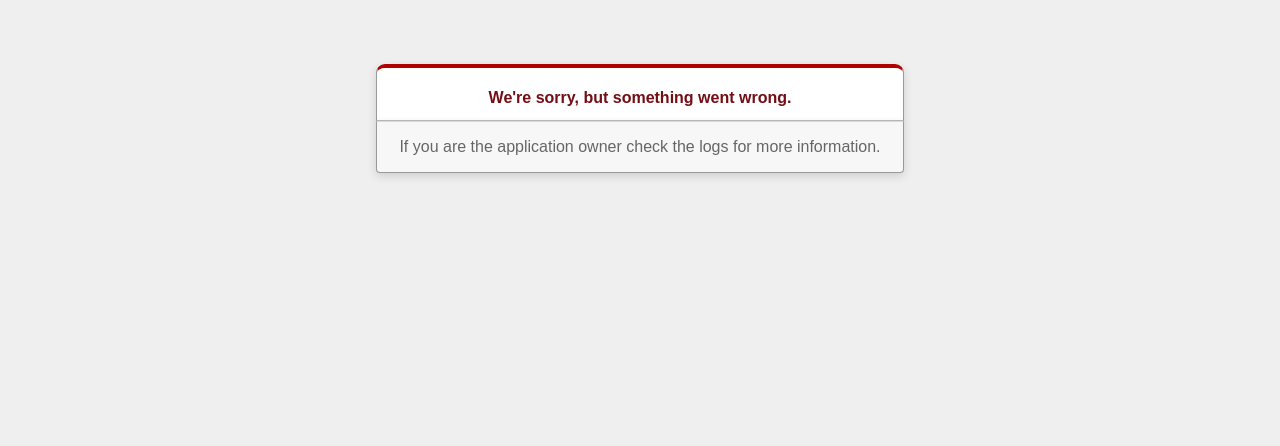
Repository: aokazu55/win-win
Page: public/500.html
The author's editor kept a copy of each file at every save. The page is drawn from the files as they stood at one save, then again after the next save.
The browser window is 1280 px wide. The pictures show the whole page.

Above is the page before, as saved 2020-06-27 15:53:57.

After the next save:
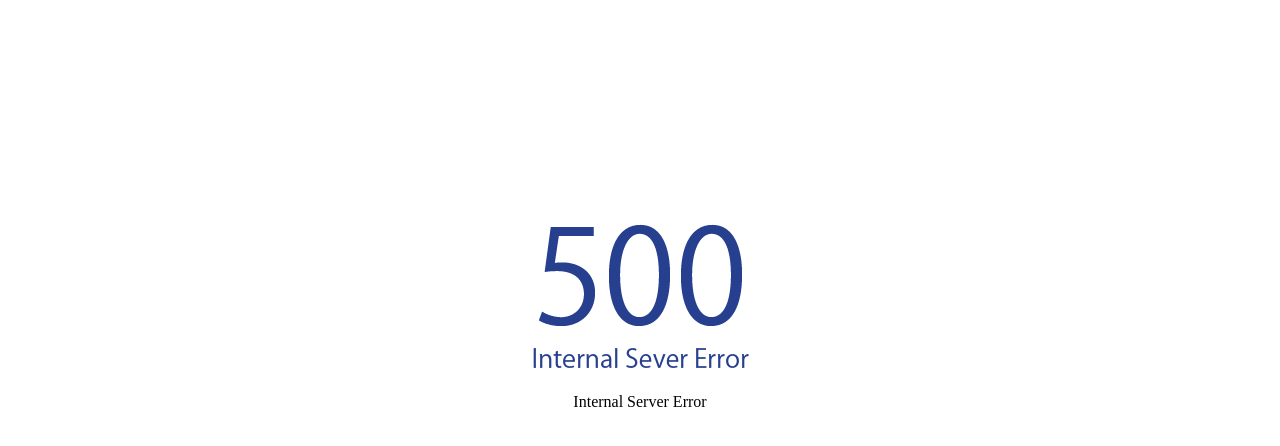
Saved 53 s later.
--- a/public/500.html
+++ b/public/500.html
@@ -1,66 +1,31 @@
 <!DOCTYPE html>
 <html>
+
 <head>
-  <title>We're sorry, but something went wrong (500)</title>
+  <title>Internal Server Error (500)</title>
   <meta name="viewport" content="width=device-width,initial-scale=1">
   <style>
-  .rails-default-error-page {
-    background-color: #EFEFEF;
-    color: #2E2F30;
-    text-align: center;
-    font-family: arial, sans-serif;
-    margin: 0;
-  }
+    .error {
+      padding-top: 16%
+    }
 
-  .rails-default-error-page div.dialog {
-    width: 95%;
-    max-width: 33em;
-    margin: 4em auto 0;
-  }
+    p {
+      text-align: center;
+    }
 
-  .rails-default-error-page div.dialog > div {
-    border: 1px solid #CCC;
-    border-right-color: #999;
-    border-left-color: #999;
-    border-bottom-color: #BBB;
-    border-top: #B00100 solid 4px;
-    border-top-left-radius: 9px;
-    border-top-right-radius: 9px;
-    background-color: white;
-    padding: 7px 12% 0;
-    box-shadow: 0 3px 8px rgba(50, 50, 50, 0.17);
-  }
-
-  .rails-default-error-page h1 {
-    font-size: 100%;
-    color: #730E15;
-    line-height: 1.5em;
-  }
-
-  .rails-default-error-page div.dialog > p {
-    margin: 0 0 1em;
-    padding: 1em;
-    background-color: #F7F7F7;
-    border: 1px solid #CCC;
-    border-right-color: #999;
-    border-left-color: #999;
-    border-bottom-color: #999;
-    border-bottom-left-radius: 4px;
-    border-bottom-right-radius: 4px;
-    border-top-color: #DADADA;
-    color: #666;
-    box-shadow: 0 3px 8px rgba(50, 50, 50, 0.17);
-  }
+    img {
+      display: block;
+      margin: 0 auto;
+    }
   </style>
 </head>
 
-<body class="rails-default-error-page">
+<body>
   <!-- This file lives in public/500.html -->
-  <div class="dialog">
-    <div>
-      <h1>We're sorry, but something went wrong.</h1>
-    </div>
-    <p>If you are the application owner check the logs for more information.</p>
+  <div class="error">
+    <img src="/500.png">
+    <p>Internal Server Error</p>
   </div>
 </body>
+
 </html>
